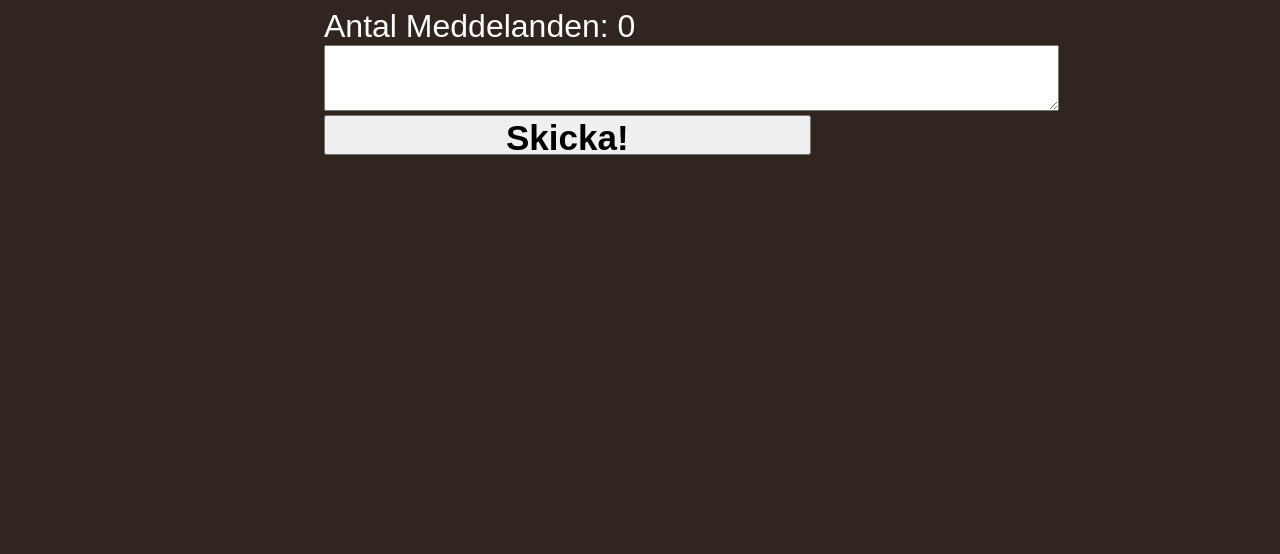
Repository: dg222dm/1dv403-laborationer
Page: 2-labbymezzage/index.html
The author's editor kept a record of every edit. The page is drawn from the files as they stood at one moment, then again after the next edit.
The browser window is 1280 px wide. The pictures show the whole page.

Above is the page before.

After the next edit:
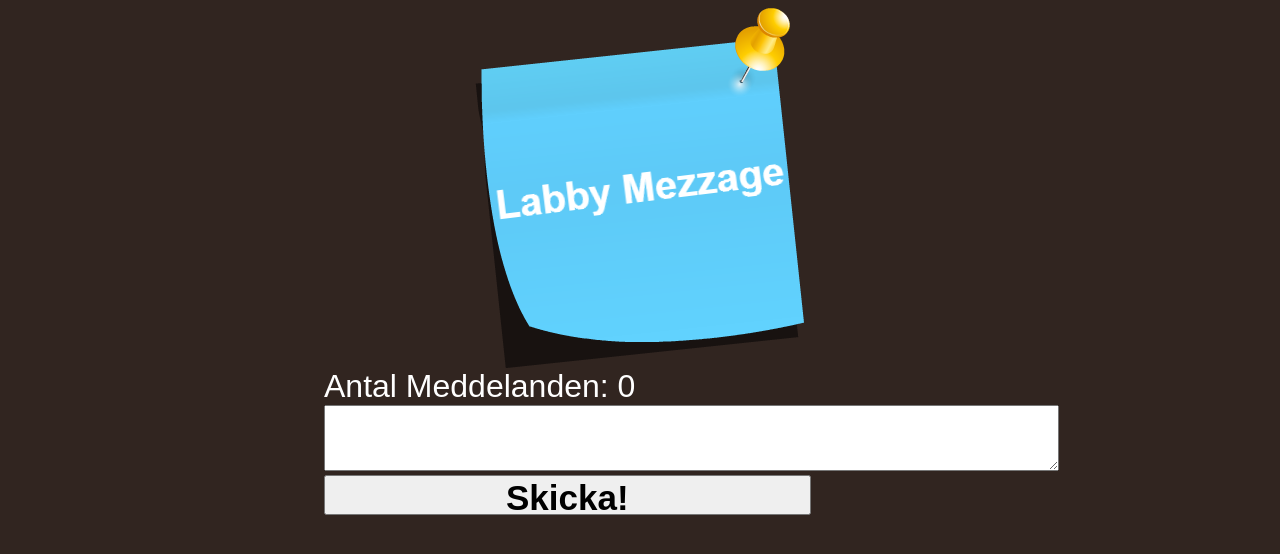
The edit:
--- a/2-labbymezzage/index.html
+++ b/2-labbymezzage/index.html
@@ -9,7 +9,7 @@
 
     <body>
 
-
+        <img id="banner" alt="Labby Mezzage" src="banner.png">
         <main>
 
 
